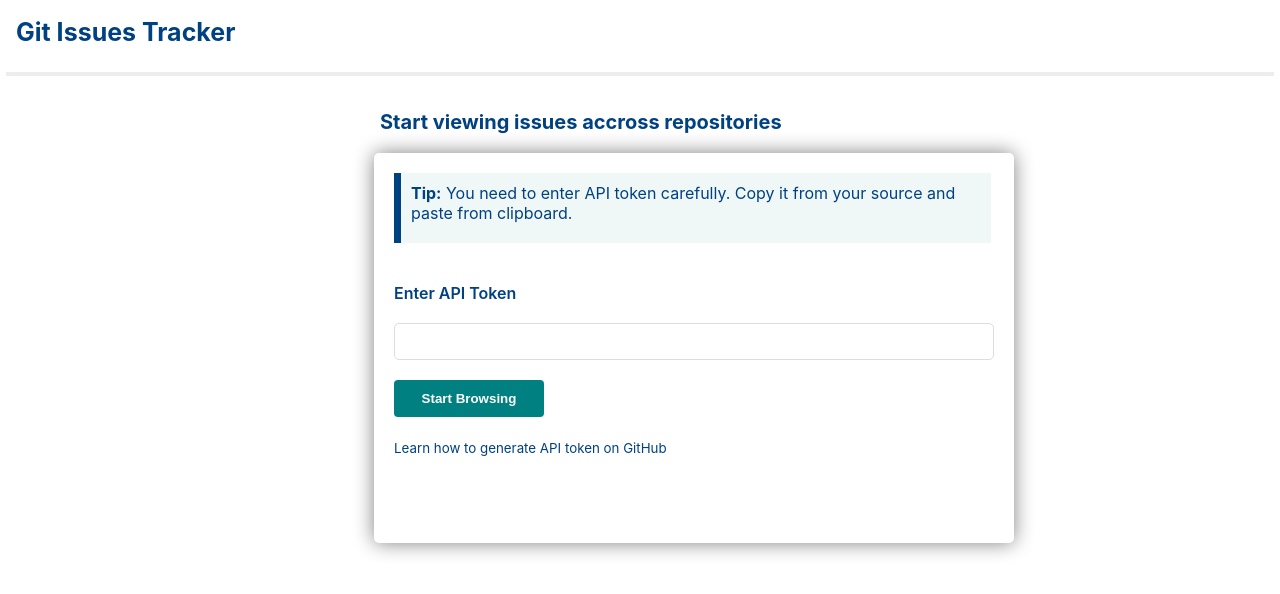
Repository: duzzisantos/github-repos-react-graphql
Page: /
These files come from the project's save history. The page is drawn as it stood at one moment and after the next save; the edit follows.
The browser window is 1280 px wide. The pictures show the whole page.
The project was rebuilt for these pictures with package versions that can differ from the ones it lists, and the page was loaded fresh each time. Also part of the build but not shown: src/components/table/tables.scss, src/components/table/Filters.tsx, src/components/table/Pagination.tsx, src/components/table/TableComponent.tsx, src/components/table/columnHelpers.ts, src/utilities/funtions.ts, src/pages/Repositories.tsx, src/pages/ViewRepository.tsx.

Above is the page before, as saved 2024-06-17 20:41:34.

### src/index.tsx
import React from "react";
import ReactDOM from "react-dom/client";
import "./index.css";
import App from "./App";
import reportWebVitals from "./reportWebVitals";
import { BrowserRouter } from "react-router-dom";
import { ApolloProvider } from "@apollo/client";
import client from "./api/apolloClient";

const root = ReactDOM.createRoot(
  document.getElementById("root") as HTMLElement
);
root.render(
  <React.StrictMode>
    <BrowserRouter>
      <ApolloProvider client={client}>
        <App />
      </ApolloProvider>
    </BrowserRouter>
  </React.StrictMode>
);

// If you want to start measuring performance in your app, pass a function
// to log results (for example: reportWebVitals(console.log))
// or send to an analytics endpoint. Learn more: https://bit.ly/CRA-vitals
reportWebVitals();

### src/App.tsx
import React from "react";
import "./App.scss";
import "./App.css";
import { Routes, Route } from "react-router-dom";
import StartPage from "./pages/StartPage";
import Repositories from "./pages/Repositories";
import ViewRepository from "./pages/ViewRepository";

function App() {
  return (
    <div className="App">
      <h1>Git Issues Tracker</h1>
      <hr />

      <Routes>
        <Route path="/" element={<StartPage />} />
        <Route path="/start" element={<StartPage />} />
        <Route path="/repositories" element={<Repositories />} />
        <Route path="/owner/repositoryName" element={<ViewRepository />} />
      </Routes>
    </div>
  );
}

export default App;

### src/api/apolloClient.ts
import { ApolloClient, InMemoryCache, createHttpLink } from "@apollo/client";
import { setContext } from "@apollo/client/link/context";

const http = createHttpLink({
  uri: "https://api.github.com/graphql",
});

const auth = setContext((_, { headers }) => {
  const apiToken = localStorage.getItem("authToken");

  return {
    headers: {
      ...headers,
      authorization: `Bearer ${apiToken}`,
    },
  };
});

const client = new ApolloClient({
  link: auth.concat(http),
  cache: new InMemoryCache(),
});

export default client;

### src/App.scss
/* Sass variables declared here: */

$color-dark: #212529;
$color-blue: rgb(0, 65, 130);
$color-teal: teal;
$padding-10: 10px;
$padding-20: $padding-10 * 2;
$padding-40: $padding-20 * 2;
$selected-display: flex;
$row: row;
$column: column;
$mb-20: 20px;
$mb-40: $mb-20 * 2;
$fw-600: 600;
$rounded-box: 5px;
$input-border: 1px solid rgb(221, 221, 221);

/* Main and start page styles*/
.App {
  display: flex;
  flex-direction: column;
}

.container {
  width: 98.8%;
  padding: $padding-10 $padding-10;
  display: flex;
  flex-direction: $column;
  justify-content: center;
  bottom: 0;
  margin-left: auto;
  color: $color-blue;
}

h1 {
  font-size: 25px;
  padding: 0 $padding-10;
  color: $color-blue;
  margin-left: 6px;
}

h2 {
  margin-left: 6px;
  font-size: 20px;
}

hr {
  border: 2px solid rgb(236, 238, 238);
  width: 98.8%;
}

form {
  width: 600px;
  height: 350px;
  border-radius: $rounded-box;
  box-shadow: 0px 0px 20px gray;
  padding: $padding-20 $padding-20;
}

.form-group {
  display: $selected-display;
  flex-direction: $column;
}

.user-tip {
  height: 50px;
  width: 95%;
  padding: $padding-10 $padding-10;
  margin-bottom: $mb-40;
  border-left: 7px solid $color-blue;
  background-color: rgb(239, 247, 247);
}

.banner {
  color: tomato;
  font-size: 14px;
}

label {
  margin-bottom: $mb-20;
  font-weight: $fw-600;
}

#apiToken {
  @extend label;
  padding: 10px;
  border: $input-border;
  border-radius: $rounded-box;
}

/* Buttons */
.primary-btn {
  @extend label;
  width: 25%;
  padding: $padding-10;
  background-color: $color-teal;
  border: 1px solid transparent;
  border-radius: 4px;
  color: white;
}

button:hover {
  cursor: pointer;
}

.transparent-btn {
  @extend .primary-btn;
  background-color: white;
  color: $color-blue;
  border: 1px solid whitesmoke;
}

.transparent-btn:hover {
  background-color: $color-blue;
  color: white;
}

.action-btn {
  background-color: $color-blue;
  border: 1px solid transparent;
  color: white;
  border-radius: $rounded-box;
}

.read-docs {
  text-decoration: none;
  color: $color-blue;
}

.read-docs:hover {
  text-decoration-line: underline;
}

/* Content styles*/
.content-display {
  width: 90vw;
  overflow: auto;
  box-shadow: 0px 0px 15px gray;
  padding: $padding-10 $padding-10;
  margin-top: $mb-20;
  border-radius: $rounded-box;
}

.content-display > .display-items {
  width: 220%;
  position: relative;
}

.view-details {
  width: 45%;
  margin-top: $mb-20;
}

/* Miscellaneous styles */
a {
  text-decoration: none;
  color: $color-blue;
}

a:hover {
  text-decoration-line: underline;
}

### src/App.css
.container {
  width: 90%;
  align-items: center;
  justify-content: center;
  bottom: 0;
  padding: 10px 10px;
}

.display-items {
  width: 100%;
  display: flex;
  flex-direction: row;
  flex-wrap: wrap;
  gap: 1.5%;
}

.small-card {
  width: 300px;
  height: 120px;
  display: flex;
  flex-direction: column;
  justify-content: center;
  text-align: center;
  box-shadow: 0px 0px 3px gray;
}

### src/pages/StartPage.tsx
import React from "react";
import Container from "src/components/Container";
import Form from "src/components/Form";

const StartPage = () => {
  return (
    <Container
      pageSubTitle="Start viewing issues accross repositories"
      children={<Form />}
    />
  );
};

export default StartPage;

### src/components/Container.tsx
import React from "react";

interface ContainerProps {
  pageSubTitle: string;
  repositoryOwner?: string;
  children: any;
}

const Container = ({
  pageSubTitle,
  children,
  repositoryOwner,
}: ContainerProps) => {
  return (
    <main className="container">
      <section>
        <h2>{pageSubTitle}</h2>
        <h3>{repositoryOwner}</h3>
        {children}
      </section>
    </main>
  );
};

export default Container;

### src/components/Form.tsx
import React, { useState } from "react";
import { useNavigate } from "react-router-dom";
import { useLazyQuery } from "@apollo/client";
import { GET_ALL_REPOSITORIES } from "src/api/queryhelper";
//We need to specify the types of data we would be utilizing as state

const Form = () => {
  const [apiToken, setApiToken] = useState("");
  const [apiPayLoad, setApiPayload] = useState([]);
  const [getRepositories, { loading, error, data }] =
    useLazyQuery(GET_ALL_REPOSITORIES);

  const navigate = useNavigate();

  const handleChange = (e: any) => {
    setApiToken(e.target.value);
  };

  const handleSubmit = () => {
    localStorage.setItem("authToken", apiToken);

    //We make the GraphQL API call here
    getRepositories()
      .then((res: any) => {
        console.log(res.data);
        setApiPayload(res.data.viewer.repositories.nodes);
      })
      .catch((err) => {
        console.warn(err?.message);
      });
  };

  if (data) {
    navigate("/repositories", {
      state: {
        //this is the result we want to consume as we navigate to the /repositories route
        data: data.viewer.repositories.nodes,
        error: error,
        loading: loading,
        apiPayLoad,
      },
    });
  }

  return (
    <form>
      <div className="user-tip">
        <strong> Tip:</strong> You need to enter API token carefully. Copy it
        from your source and paste from clipboard.
      </div>

      <div className="form-group">
        <label htmlFor="apiToken">Enter API Token</label>
        <input
          type="text"
          name="apiToken"
          id="apiToken"
          value={apiToken}
          onChange={handleChange}
        />
        <button className="primary-btn" type="button" onClick={handleSubmit}>
          Start Browsing
        </button>

        <div className="banner">
          <strong>{error && error.message}</strong>
        </div>
      </div>
      <small className="form-text" id="info">
        <a
          className="read-docs"
          title="Read short documentation"
          href="https://docs.github.com/en/authentication/keeping-your-account-and-data-secure/managing-your-personal-access-tokens"
        >
          Learn how to generate API token on GitHub
        </a>
      </small>
    </form>
  );
};

export default Form;

### src/api/queryhelper.ts
import { gql } from "@apollo/client";

const GET_ALL_REPOSITORIES = gql`
  query {
    viewer {
      repositories(first: 50) {
        nodes {
          id
          name
          owner {
            login
          }
          visibility
          stargazerCount
          forkCount
          url
          issues {
            totalCount
          }
          licenseInfo {
            name
          }
          updatedAt
          createdAt
        }
      }
    }
  }
`;

const GET_REPOSITORY_BY_NAME = gql`
  query ($name: NAME!) {
    node(name: $name) {
      ... on Repository {
        id
        name
        owner {
          login
        }
        visibility
        stargazerCount
        forkCount
        url
        issues {
          totalCount
        }
        licenseInfo {
          name
        }
        updatedAt
        createdAt
      }
    }
  }
`;

export { GET_ALL_REPOSITORIES, GET_REPOSITORY_BY_NAME };

Loaded but not shown: public/index.html (common file); src/index.css (common file); src/reportWebVitals.ts (common file)

After the next save:
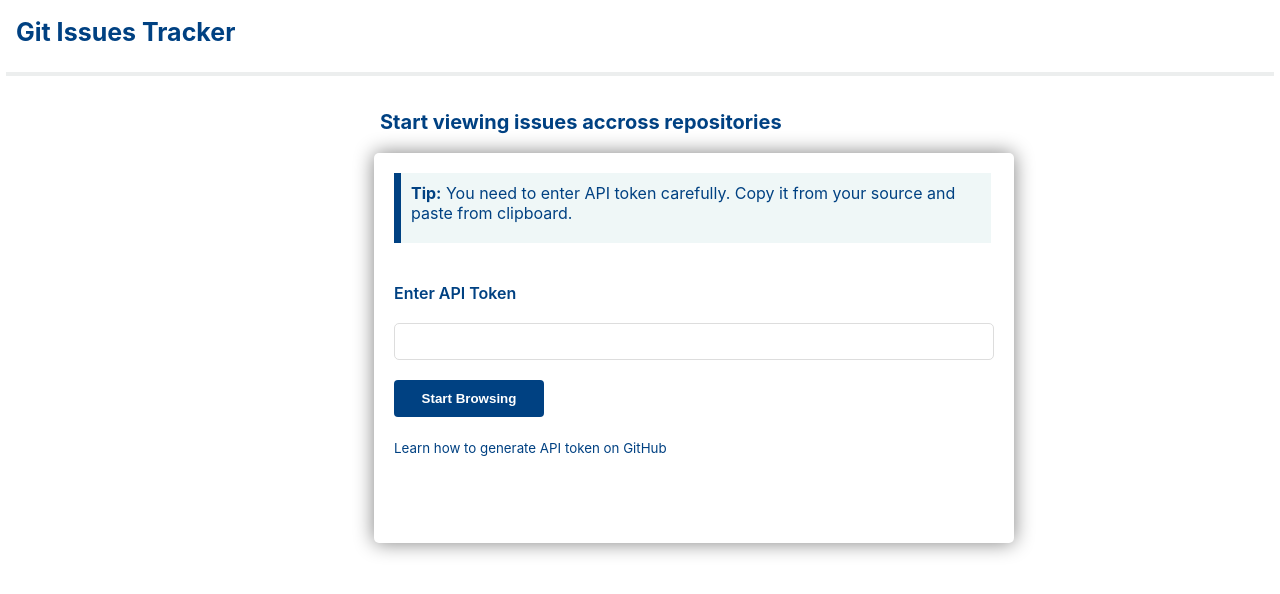
Saved 11 s later.
--- a/src/App.scss
+++ b/src/App.scss
@@ -93,7 +93,7 @@ label {
   @extend label;
   width: 25%;
   padding: $padding-10;
-  background-color: $color-teal;
+  background-color: $color-blue;
   border: 1px solid transparent;
   border-radius: 4px;
   color: white;
